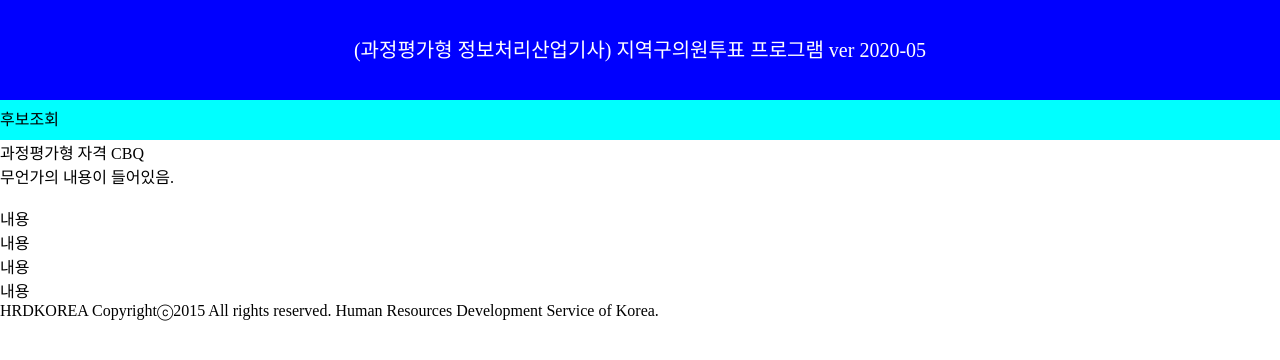
Repository: kayeunae/mvc-pattern
Page: http://localhost/VOTE_1234/
The author's editor kept a copy of each file at every save. The page is drawn from the files as they stood at one save, then again after the next save.
The browser window is 1280 px wide. The pictures show the whole page.
The page is served by Tomcat 9.

Above is the page before, as saved 2022-12-21 05:04:42.

After the next save:
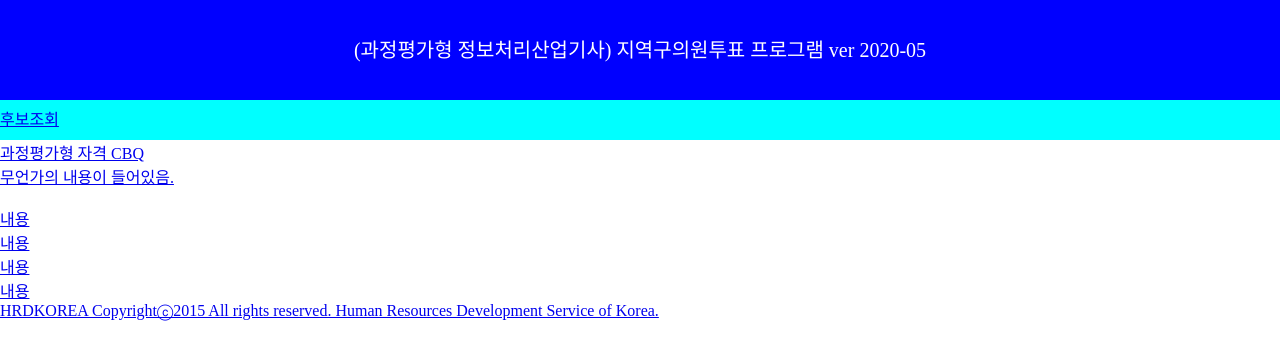
Saved 2 min 7 s later.
--- a/VOTE_1234/src/main/webapp/topmenu.jsp
+++ b/VOTE_1234/src/main/webapp/topmenu.jsp
@@ -10,11 +10,11 @@
 	<header>(과정평가형 정보처리산업기사) 지역구의원투표 프로그램 ver 2020-05</header>
 	<nav>
 		<ul>
-			<li>후보조회</li>
-			<li>투표하기</li>
-			<li>투표검수조회</li>
-			<li>후보자등수</li>
-			<li>홈으로</li>
+			<li><a href="member"/>후보조회</li>
+			<li><a href="vote"/>투표하기</li>
+			<li><a href="view"/>투표검수조회</li>
+			<li><a href="result"/>후보자등수</li>
+			<li><a href="home"/>홈으로</li>
 		</ul>
 	</nav>
 </body>
